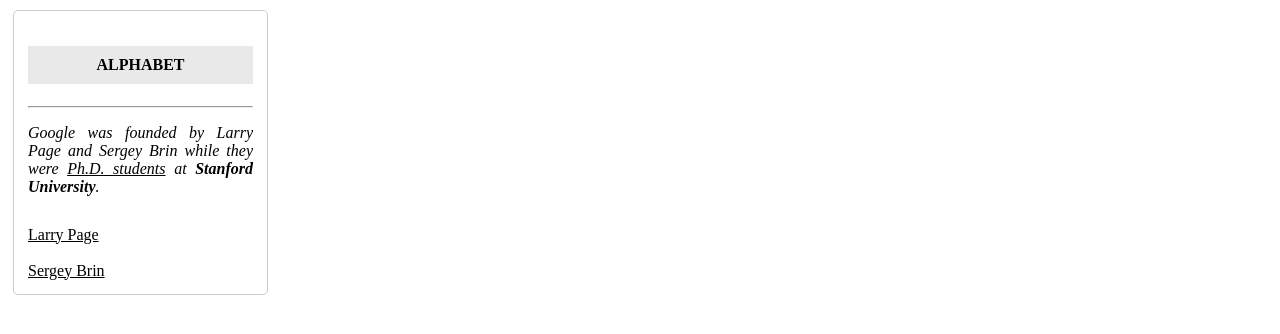
Repository: betsya97/freeCodeCamp_WebBasics
Page: html/appliedVisuals.html
These files come from the project's save history. The page is drawn as it stood at one moment and after a run of saves; the edit follows.
The browser window is 1280 px wide. The pictures show the whole page.

Above is the page before, as saved 2021-03-07 22:41:51.

After the next 3 saves:
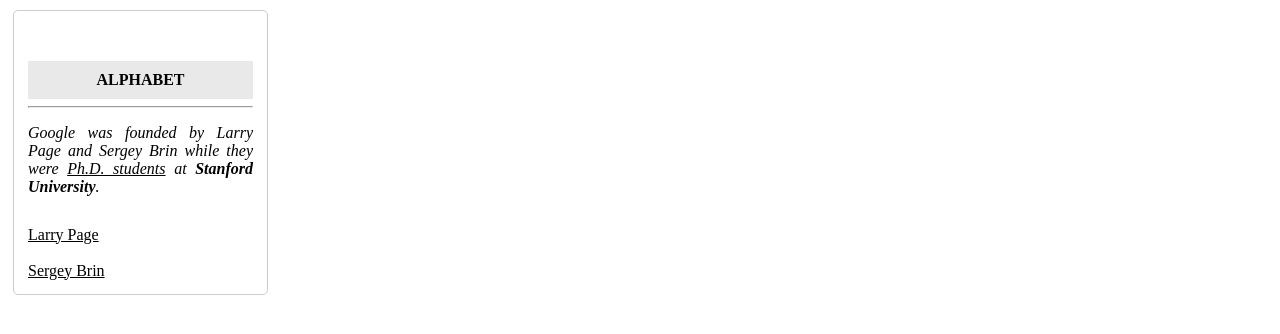
The 3 saves are shown as one change because they came seconds apart.
The last was saved 8 min 59 s later.
--- a/html/appliedVisuals.html
+++ b/html/appliedVisuals.html
@@ -14,6 +14,9 @@
   /* add a background-color to the element holding the text you want to emphasize. */
       text-transform:uppercase;
       /*applies caps to all letters*/
+      position: relative;
+      top:15px;
+
     }
     p {
       text-align: justify;
